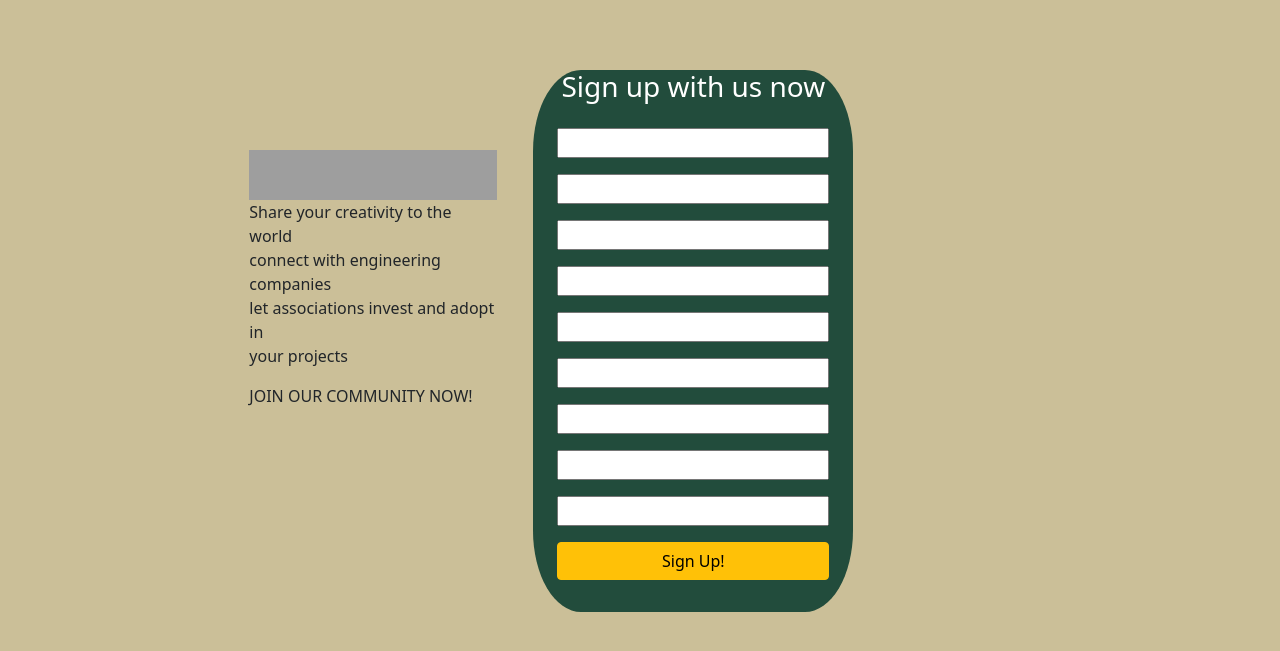
Repository: ahmadjamal-1997/Project-Taqadam
Page: http://localhost/Taqadam/WEB-INF/registrationstudent.jsp
These files come from the project's save history. The page is drawn as it stood at one moment and after the next save; the edit follows.
The browser window is 1280 px wide. The pictures show the whole page.
Pictures or frames that could not be fetched are drawn as grey boxes. The page is served by Tomcat 9. Nobody is signed in. The template is opened directly, without the code that normally fills it, so the values that code supplies are empty.

Above is the page before, as saved 2022-03-31 08:32:12.

After the next save:
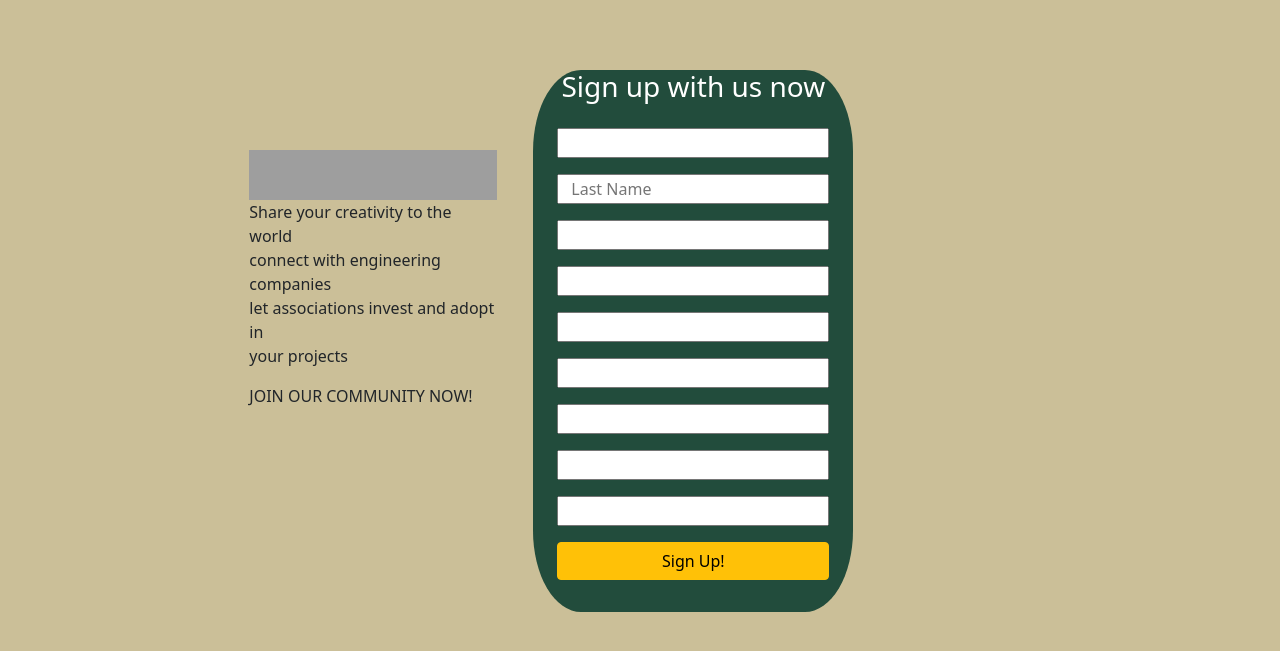
Saved 11 min 4 s later.
--- a/Taqadam-new/Taqadam-java/Taqadam-new/Taqadam/src/main/webapp/WEB-INF/registrationstudent.jsp
+++ b/Taqadam-new/Taqadam-java/Taqadam-new/Taqadam/src/main/webapp/WEB-INF/registrationstudent.jsp
@@ -61,7 +61,7 @@
                     </div>
                     <div class="row mb-3">
 
-                            <form:input palceholder="Last Name" path="lastName"/>
+                            <form:input placeholder="Last Name" path="lastName"/>
 
                     </div>
                     <div class="row mb-3">
